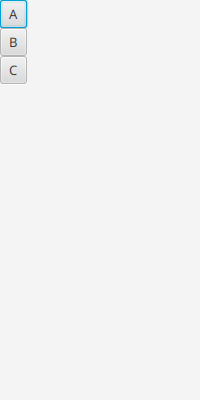
Repository: felip3sp/curso-java-completo-udemy
Program's window: java exercicios-javafx/src/basico/PrimeiroFX.java
An editor plug-in stored every save of this project. The program's window is shown before and after the next save, followed by the edit.
It runs on Java 21 on a 1366 x 768 screen with JavaFX 11; the title bar is not drawn.

Above is the program's window before, as saved 2022-10-10 20:28:39.

After the next save:
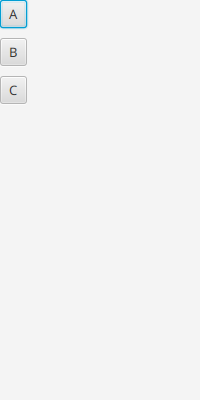
Saved 20 s later.
--- a/exercicios-javafx/src/basico/PrimeiroFX.java
+++ b/exercicios-javafx/src/basico/PrimeiroFX.java
@@ -16,6 +16,7 @@
 		Button botaoC = new Button("C");
 
 		VBox box = new VBox();
+		box.setSpacing(10);
 		box.getChildren().add(botaoA);
 		box.getChildren().add(botaoB);
 		box.getChildren().add(botaoC);
